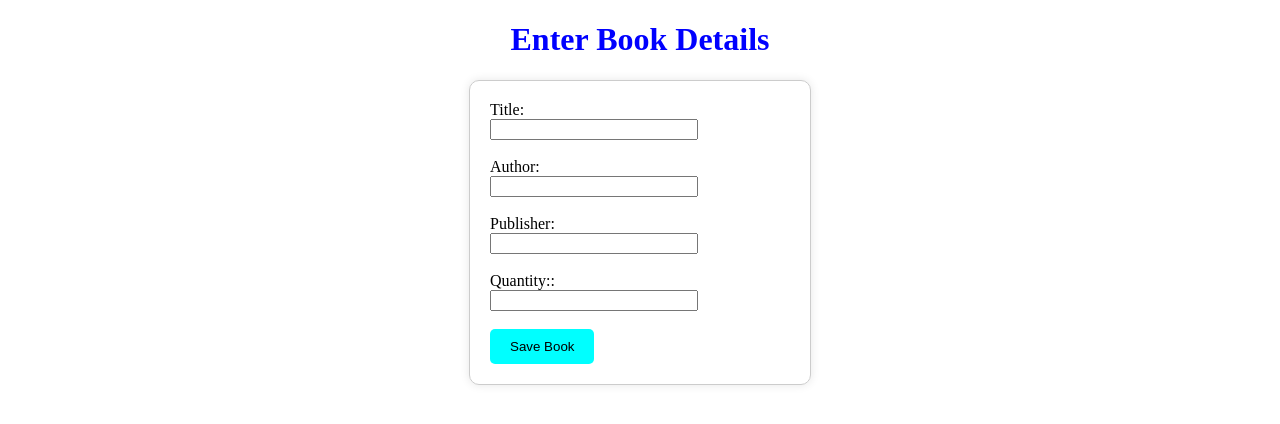
Repository: Chandu8397/hibernate
Page: assignments/src/main/webapp/Book.html
An editor plug-in stored every save of this project. The page is shown before and after the next save, followed by the edit.
The browser window is 1280 px wide. The pictures show the whole page.

Above is the page before, as saved 2024-12-03 16:53:13.

After the next save:
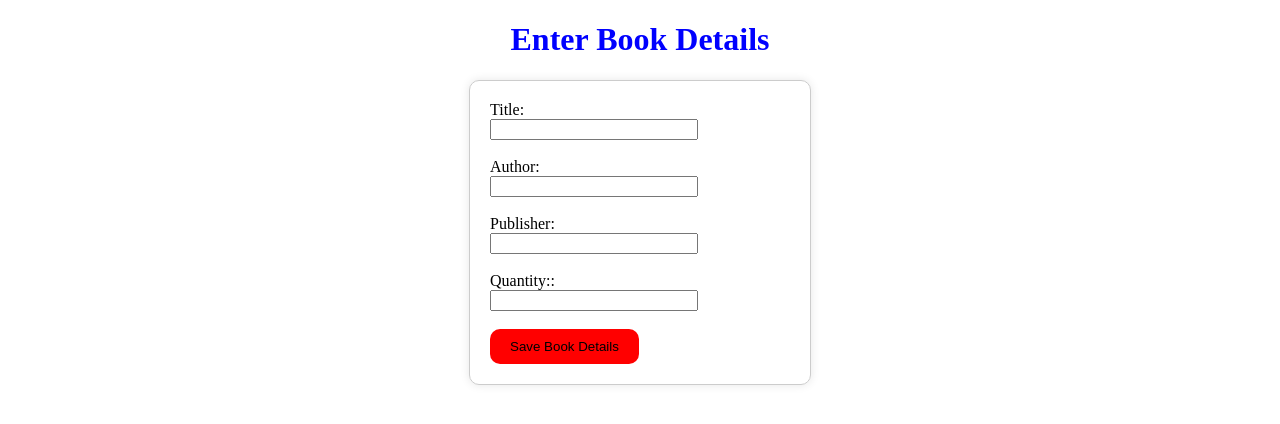
Saved 3 min 17 s later.
--- a/assignments/src/main/webapp/Book.html
+++ b/assignments/src/main/webapp/Book.html
@@ -14,10 +14,10 @@ form {
 }
 
 button[type="submit"] {
-	background-color: aqua;
+	background-color: red;
 	padding: 10px 20px;
 	border: none;
-	border-radius: 5px;
+	border-radius: 10px;
 	cursor: pointer;
 }
 
@@ -42,7 +42,7 @@ label {
 		<label for="quantity">Quantity::</label> <input type="number"
 			id="quantity" name="quantity" required><br> <br>
 
-		<button type="submit">Save Book</button>
+		<button type="submit">Save Book Details</button>
 	</form>
 
 
